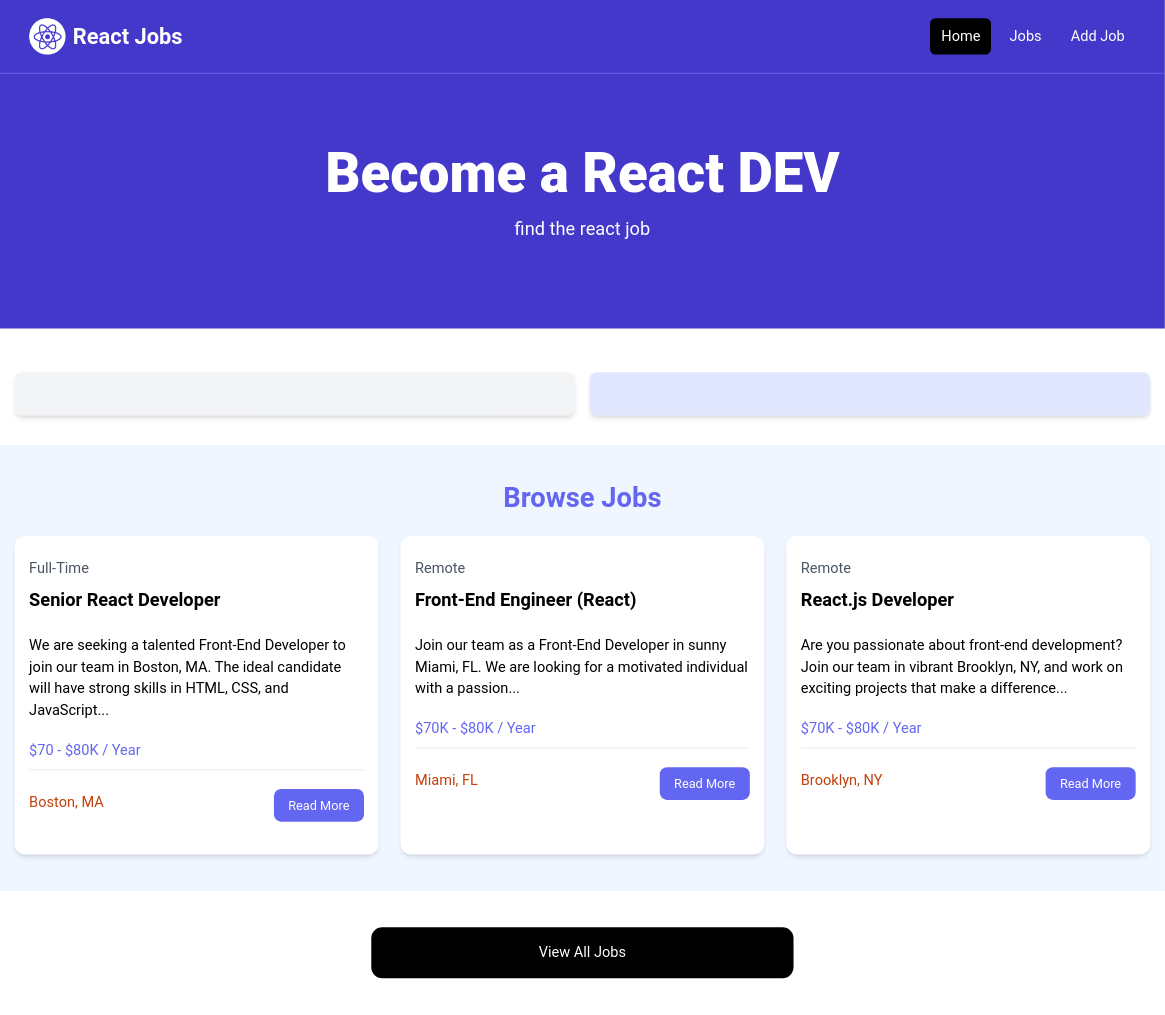
Repository: Geohot-2020/React_setup
Page: / (app in react-crash-2024/)
These files come from the project's save history. The page is drawn as it stood at one moment and after a run of saves; the edit follows.
The browser window is 1280 px wide. The pictures show the whole page, at 91% of full size.
The project was rebuilt for these pictures with package versions that can differ from the ones it lists, and the page was loaded fresh each time. Also part of the build but not shown: react-crash-2024/vite.config.js.

Above is the page before, as saved 2024-11-13 15:36:02.

After the next 2 saves:
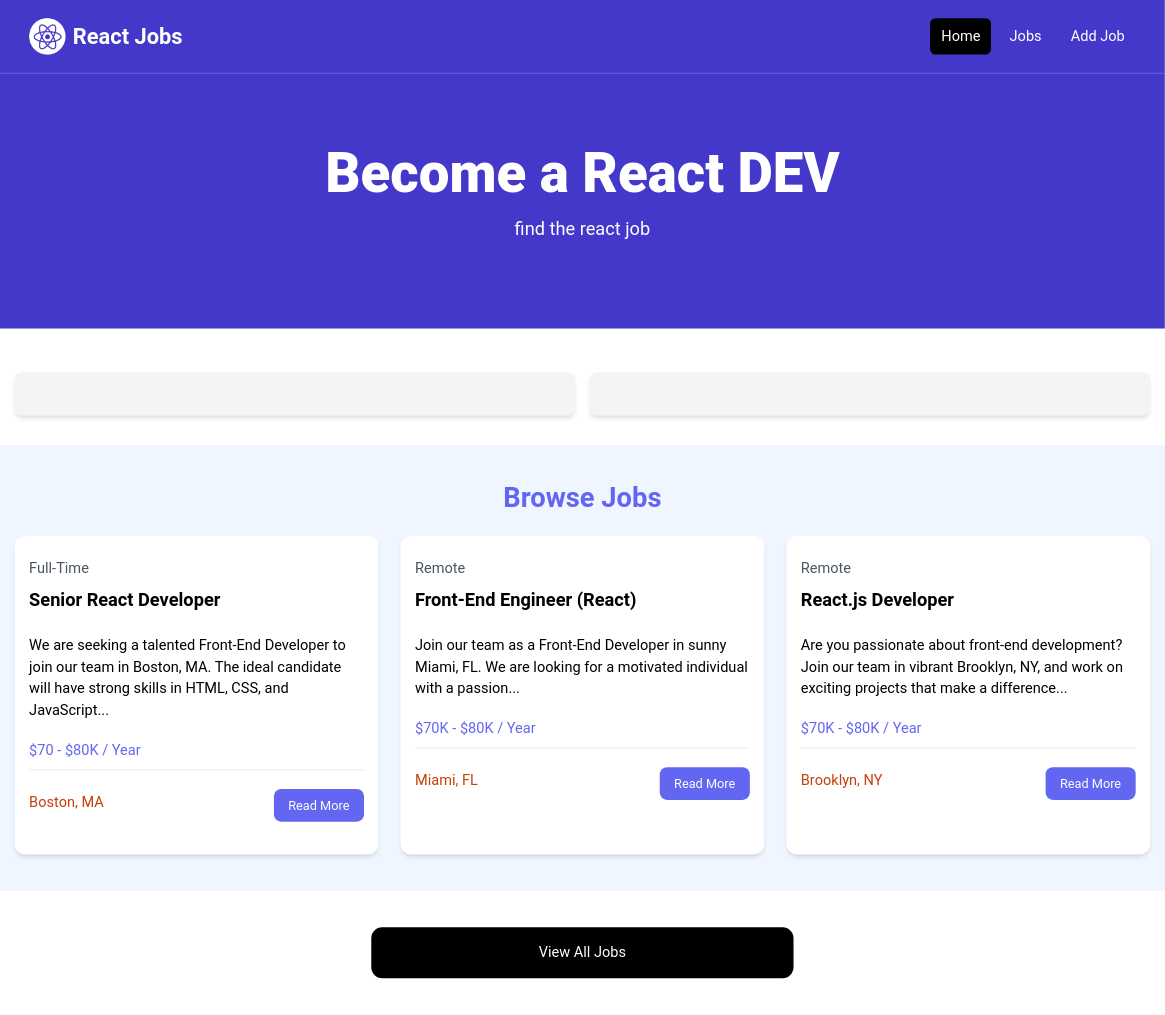
The 2 saves are shown as one change because they came seconds apart.
The last was saved 11 s later.
--- a/react-crash-2024/src/components/HomeCards.jsx
+++ b/react-crash-2024/src/components/HomeCards.jsx
@@ -18,9 +18,18 @@
                             Browse Jobs
                         </a>
                     </Card>
-                    <div className="bg-indigo-100 p-6 rounded-lg shadow-md">
-
-                    </div>
+                    <Card>
+                        <h2 className="text-2xl font-bold">For Employers</h2>
+                        <p className="mt-2 mb-4">
+                            List your job to find the perfect developer for the role
+                        </p>
+                        <a
+                            href="/add-job.html"
+                            className="inline-block bg-indigo-500 text-white rounded-lg px-4 py-2 hover:bg-indigo-600"
+                        >
+                            Add Job
+                        </a>
+                    </Card>
                 </div>
             </div>
         </section>
